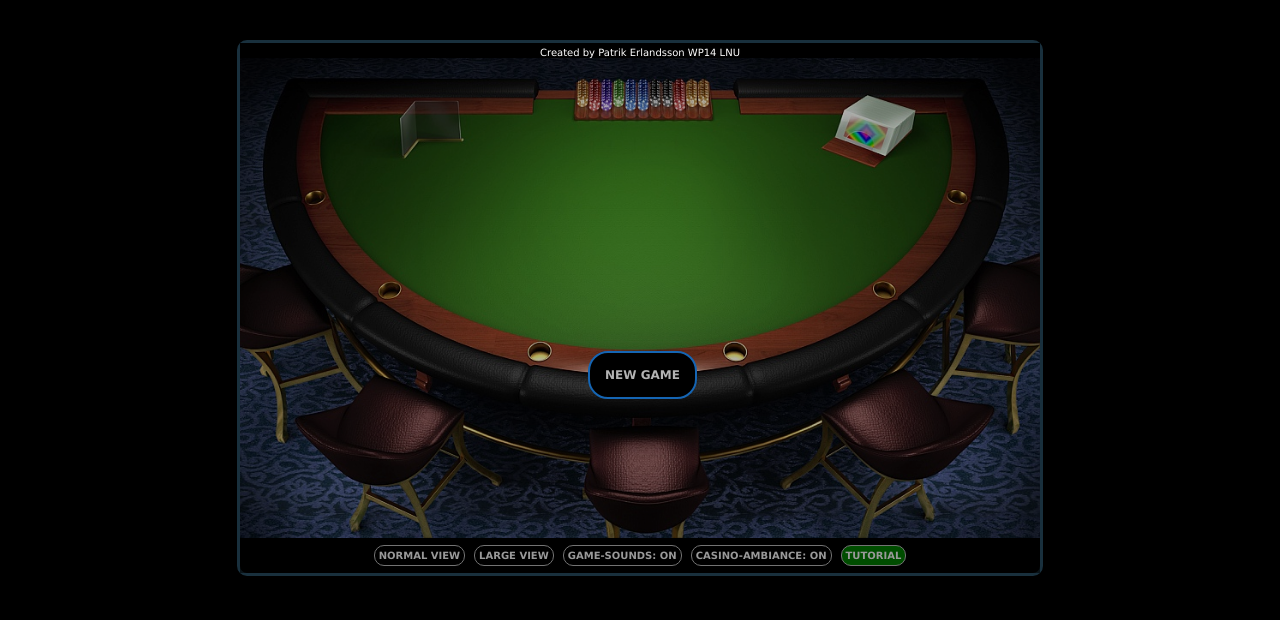
Repository: pat-erl/pe22dw.github.io
Page: index.html
The author's editor kept a record of every edit. The page is drawn from the files as they stood at one moment, then again after the next edit.
The browser window is 1280 px wide. The pictures show the whole page.

Above is the page before.

After the next edit:
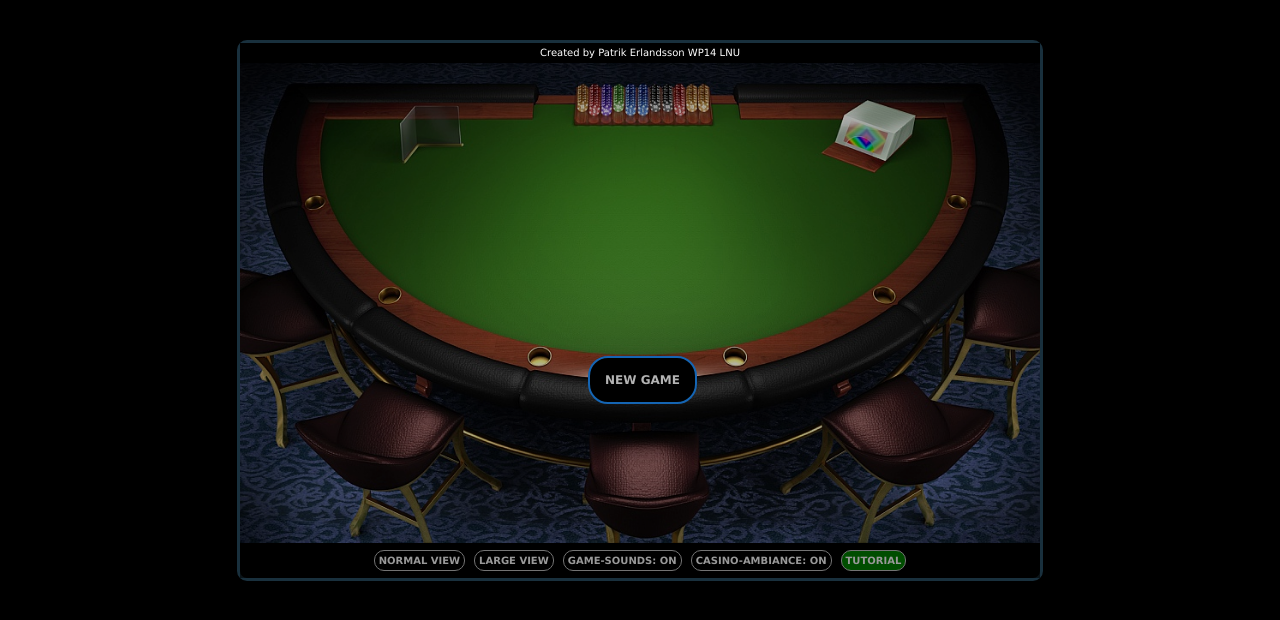
The edit:
--- a/css/style.css
+++ b/css/style.css
@@ -100,6 +100,7 @@
 	font-size: 10px;
 	color: white;
 	padding-top: 5px;
+	padding-bottom: 5px;
 }
 
 
